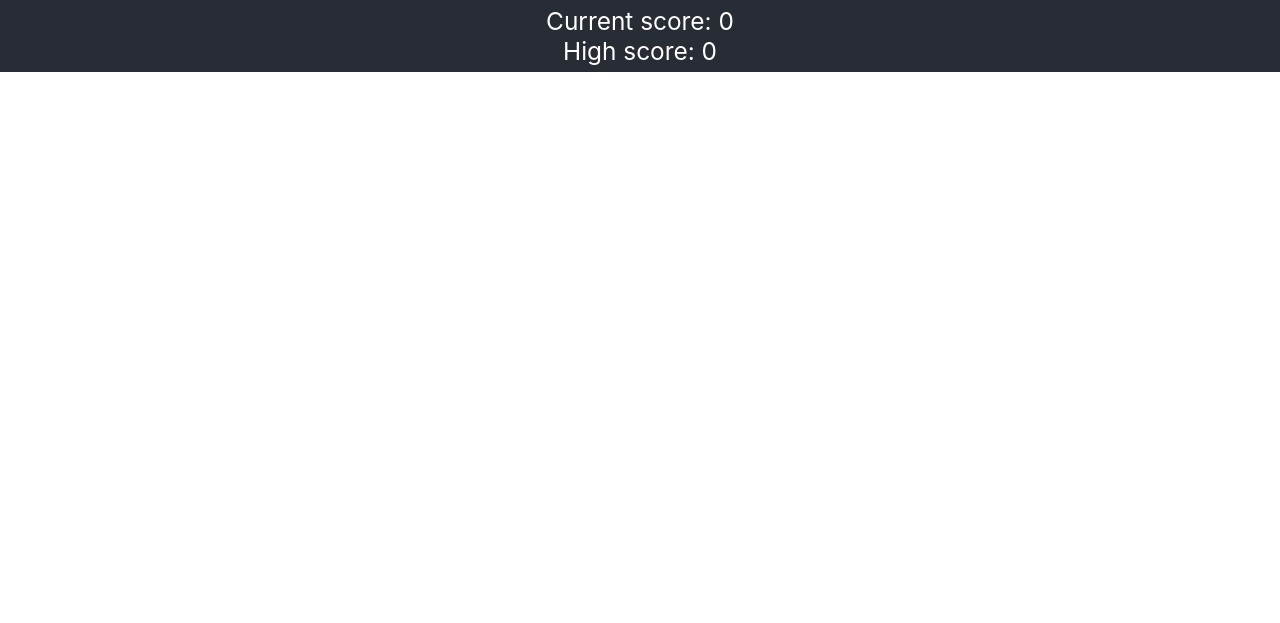
Repository: chin9/MemoryCard
Page: /
These files come from the project's save history. The page is drawn as it stood at one moment and after the next save; the edit follows.
The browser window is 1280 px wide. The pictures show the whole page.
The project was rebuilt for these pictures with package versions that can differ from the ones it lists, and the page was loaded fresh each time.

Above is the page before, as saved 2021-07-08 11:48:21.

### public/index.html
<!DOCTYPE html>
<html lang="en">
  <head>
    <meta charset="utf-8" />
    <link rel="icon" href="%PUBLIC_URL%/favicon.ico" />
    <meta name="viewport" content="width=device-width, initial-scale=1" />
    <meta name="theme-color" content="#000000" />
    <meta
      name="description"
      content="Web site created using create-react-app"
    />
    <link rel="apple-touch-icon" href="%PUBLIC_URL%/logo192.png" />
    <!--
      manifest.json provides metadata used when your web app is installed on a
      user's mobile device or desktop. See https://developers.google.com/web/fundamentals/web-app-manifest/
    -->
    <link rel="manifest" href="%PUBLIC_URL%/manifest.json" />
    <!--
      Notice the use of %PUBLIC_URL% in the tags above.
      It will be replaced with the URL of the `public` folder during the build.
      Only files inside the `public` folder can be referenced from the HTML.

      Unlike "/favicon.ico" or "favicon.ico", "%PUBLIC_URL%/favicon.ico" will
      work correctly both with client-side routing and a non-root public URL.
      Learn how to configure a non-root public URL by running `npm run build`.
    -->
    <title>Memory Card</title>
  </head>
  <body>
    <noscript>You need to enable JavaScript to run this app.</noscript>
    <div id="root"></div>
    <!--
      This HTML file is a template.
      If you open it directly in the browser, you will see an empty page.

      You can add webfonts, meta tags, or analytics to this file.
      The build step will place the bundled scripts into the <body> tag.

      To begin the development, run `npm start` or `yarn start`.
      To create a production bundle, use `npm run build` or `yarn build`.
    -->
  </body>
</html>

### src/App.js
import './App.css';
import Scoreboard from './components/Scoreboard';
import React, { useState, useEffect } from 'react';

function App() {

  const [score, setScore] = useState(0);
  const [highScore, setHighScore] = useState(0);

  useEffect(()=>{
    const incrementOnClick = () => {
      setScore(score + 1);
    }

    document.addEventListener('click', incrementOnClick);

    return () => {
      document.removeEventListener('click', incrementOnClick);
    }
  }, [score, highScore]);

  return (
    <div className="App">
      <header className="App-header">
        <Scoreboard score={score} highScore={highScore}/>
      </header>
    </div>
  );
}

export default App;

### src/App.css
.App {
  text-align: center;
}

.App-logo {
  height: 40vmin;
  pointer-events: none;
}

@media (prefers-reduced-motion: no-preference) {
  .App-logo {
    animation: App-logo-spin infinite 20s linear;
  }
}

.App-header {
  background-color: #282c34;
  height: 10vh;
  display: flex;
  flex-direction: column;
  align-items: center;
  justify-content: center;
  font-size: calc(10px + 2vmin);
  color: white;
}

.App-link {
  color: #61dafb;
}

@keyframes App-logo-spin {
  from {
    transform: rotate(0deg);
  }
  to {
    transform: rotate(360deg);
  }
}

### src/components/Scoreboard.js
import React from 'react';

const Scoreboard = (props) => {

    return (
        <div>
            <div>Current score: {props.score}</div>
            <div>High score: {props.highScore}</div>
            </div>
    )
}

export default Scoreboard;

### src/components/Cards.js
import React from 'react';

const Cards = () => {
    return (
    <div>
        <img src='../images/apple.png' alt='apple'></img>
    </div>
    );
}

export default Cards;

Loaded but not shown: src/index.js (common file); src/index.css (common file)

After the next save:
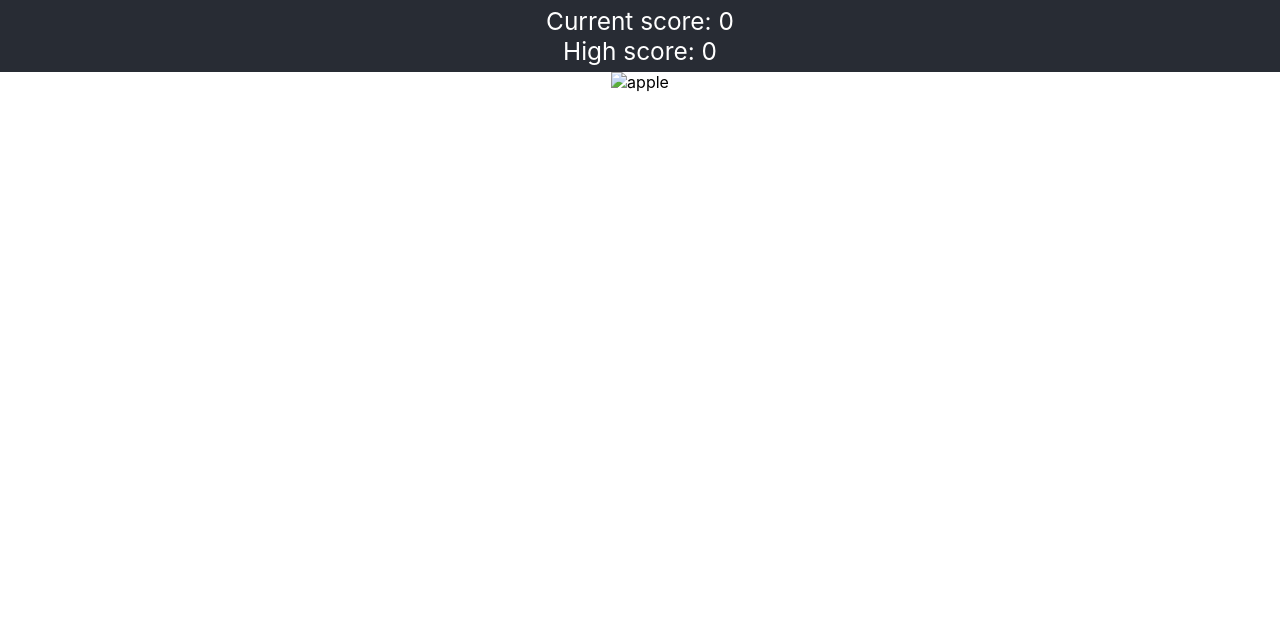
Not found: images/apple.png
Saved 48 s later.
--- a/src/App.js
+++ b/src/App.js
@@ -1,5 +1,6 @@
 import './App.css';
 import Scoreboard from './components/Scoreboard';
+import Cards from './components/Cards';
 import React, { useState, useEffect } from 'react';
 
 function App() {
@@ -24,6 +25,7 @@ function App() {
       <header className="App-header">
         <Scoreboard score={score} highScore={highScore}/>
       </header>
+      <Cards/>
     </div>
   );
 }

After the 4 saves that followed:
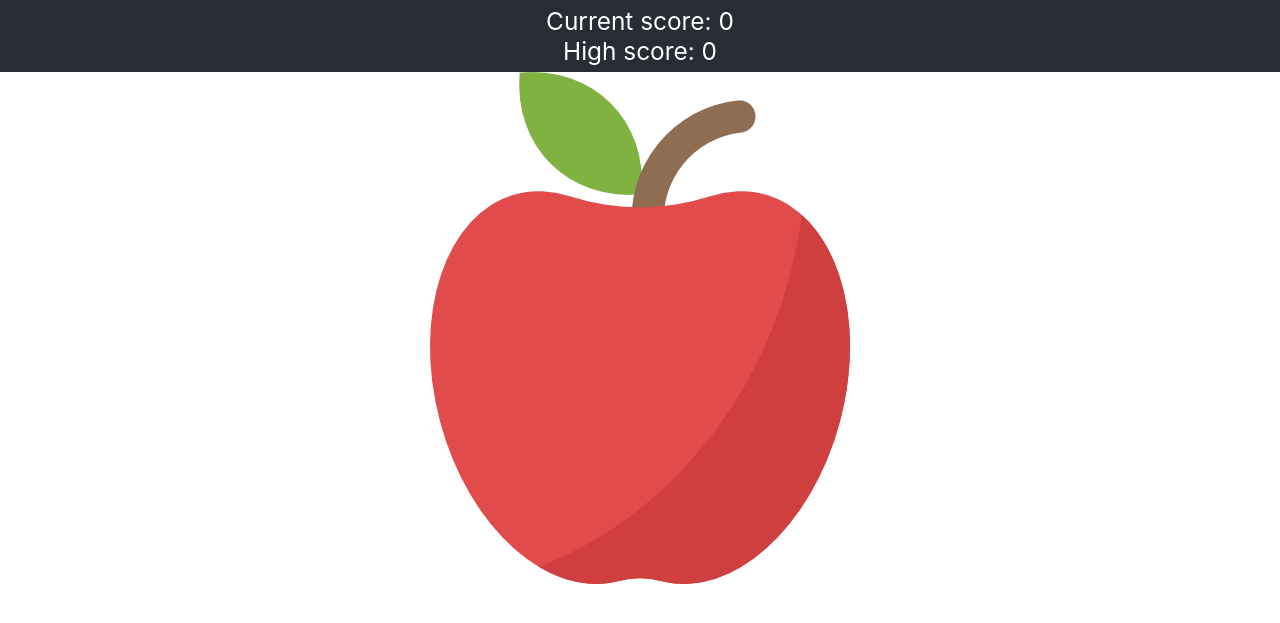
The 4 saves are shown as one change because 3 left the picture as it was.
The last was saved 3 min 9 s later.
--- a/src/components/Cards.js
+++ b/src/components/Cards.js
@@ -1,9 +1,10 @@
 import React from 'react';
+import apple from '../images/apple.png'
 
 const Cards = () => {
     return (
     <div>
-        <img src='../images/apple.png' alt='apple'></img>
+        <img src={apple} alt='apple'></img>
     </div>
     );
 }
